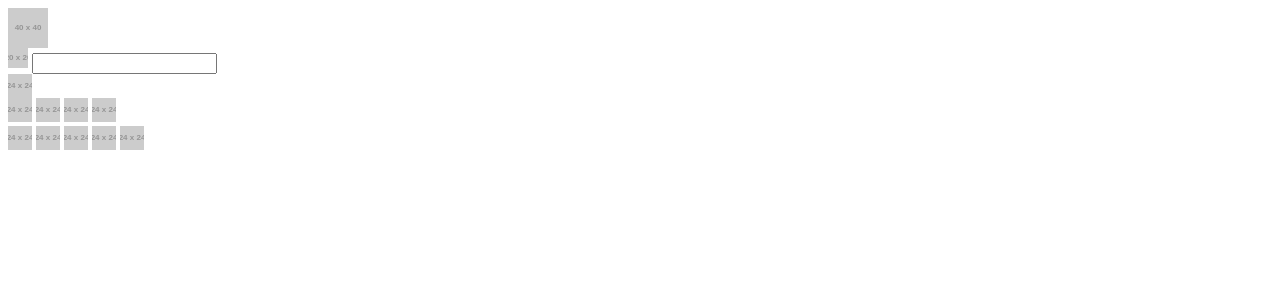
Repository: oafnghh/CassanoSphere
Page: http://localhost/CassanoSphere/www/home/includes/navBar.jsp
These files come from the project's save history. The page is drawn as it stood at one moment and after the next save; the edit follows.
The browser window is 1280 px wide. The pictures show the whole page.
The page is served by Tomcat 9.

Above is the page before, as saved 2024-07-15 09:38:13.

After the next save:
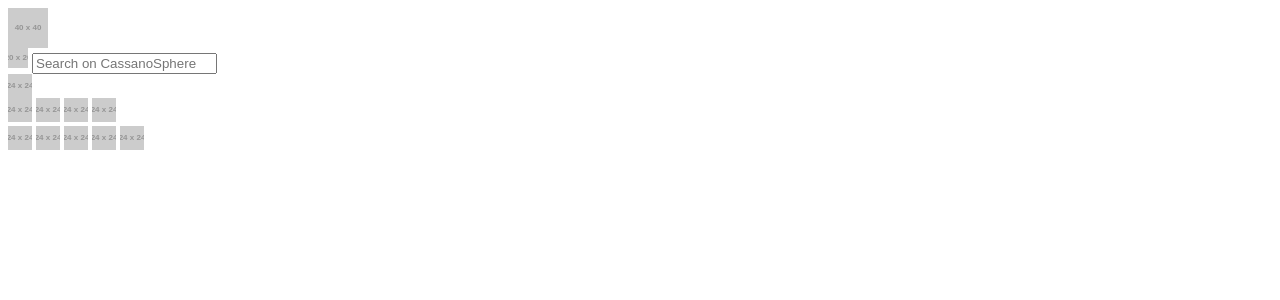
Saved 69 s later.
--- a/CassanoSphere/webapp/www/home/includes/navBar.jsp
+++ b/CassanoSphere/webapp/www/home/includes/navBar.jsp
@@ -3,7 +3,7 @@
     <img src="https://placehold.co/40x40" alt="Facebook logo" class="rounded-full" />
     <div class="flex items-center bg-zinc-100 dark:bg-zinc-700 rounded-full px-3 py-1">
       <img src="https://placehold.co/20x20?text=🔍" alt="Search icon" class="mr-2" />
-      <input class="text-zinc-500 dark:text-zinc-300" type="text">
+      <input type="text" placeholder="Search on CassanoSphere" class="bg-transparent text-muted-foreground ml-2 outline-none" />
     </div>
   </div>
 
